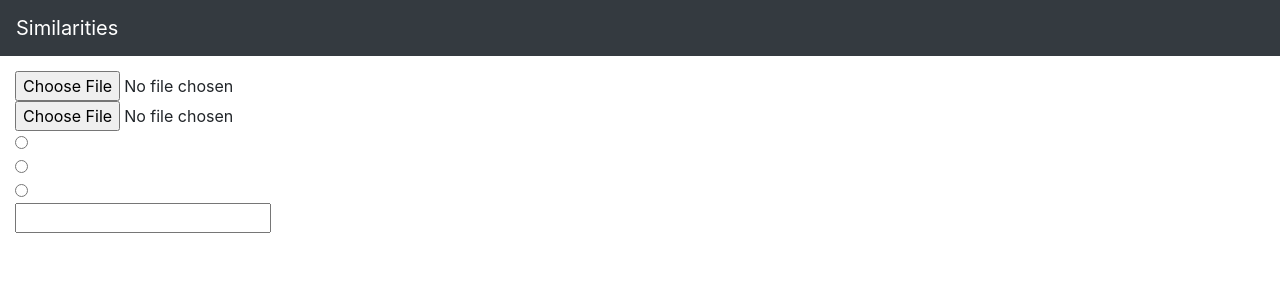
Repository: bahgaat/cs50
Page: http://localhost/
The author's editor kept a record of every edit. The page is drawn from the files as they stood at one moment, then again after the next edit.
The browser window is 1280 px wide. The pictures show the whole page.
Some web libraries are served in a nearby version. The page is served by the project's application, run on Flask 3 (pset7/similarities/application.py). Other server files are loaded and not shown.

Above is the page before.

### environment/pset7/similarities/templates/index.html
{% extends "layout.html" %}

{% block body %}

    <div class="col">
        <form action="/compare" enctype="multipart/form-data" method="post">
            <input type="file" name="file1">
            <br>
            <input type="file"  name="file2">
            <br>
            <input type="radio" name="sentences">
            <br>
            <input type="radio" name="lines">
            <br>
            <input type="radio" name="substrings">
            <br>
            <input type="number"




        </form>
    </div>

{% endblock %}

### environment/pset7/similarities/templates/layout.html
<!DOCTYPE html>

<html lang="en">
    <head>

        <!-- Required meta tags -->
        <meta charset="utf-8"/>
        <meta name="viewport" content="width=device-width, initial-scale=1, shrink-to-fit=no"/>

        <!-- Bootstrap CSS -->
        <link href="https://maxcdn.bootstrapcdn.com/bootstrap/4.0.0-beta/css/bootstrap.min.css" rel="stylesheet"/>

        <link href="/static/styles.css" rel="stylesheet"/>

        <title>Similarities</title>

    </head>
    <body>

        <nav class="navbar fixed-top navbar-dark bg-dark">
            <a class="navbar-brand" href="/">Similarities</a>
        </nav>

        <div class="container-fluid">
            <div class="row">
                {% block body %}{% endblock %}
            </div>
        </div>

        <!-- Optional JavaScript -->
        <script src="https://code.jquery.com/jquery-3.2.1.slim.min.js"></script>
        <script src="https://cdnjs.cloudflare.com/ajax/libs/popper.js/1.11.0/umd/popper.min.js"></script>
        <script src="https://maxcdn.bootstrapcdn.com/bootstrap/4.0.0-beta/js/bootstrap.min.js"></script>

    </body>
</html>

Loaded but not shown: environment/pset7/similarities/application.py (common file); environment/pset7/similarities/static/styles.css (common file)

After the next edit:
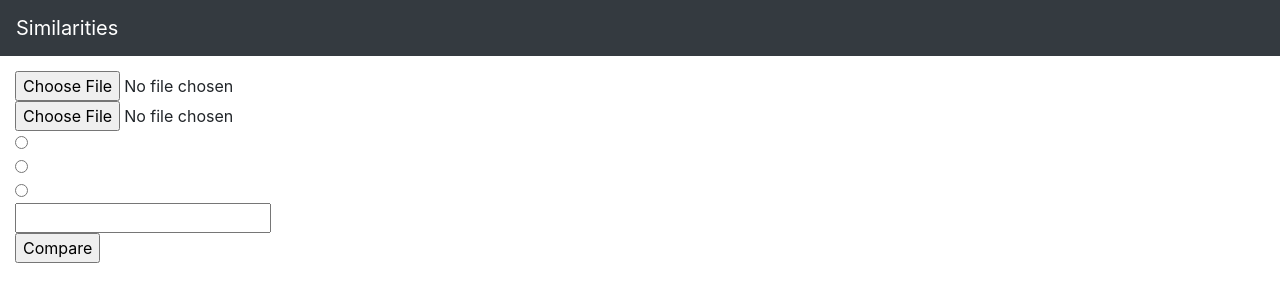
The edit:
--- a/environment/pset7/similarities/templates/index.html
+++ b/environment/pset7/similarities/templates/index.html
@@ -14,7 +14,9 @@
             <br>
             <input type="radio" name="substrings">
             <br>
-            <input type="number"
+            <input type="number"name="length">
+            <br>
+            <button type="submit">Compare</button>
 
 
 
